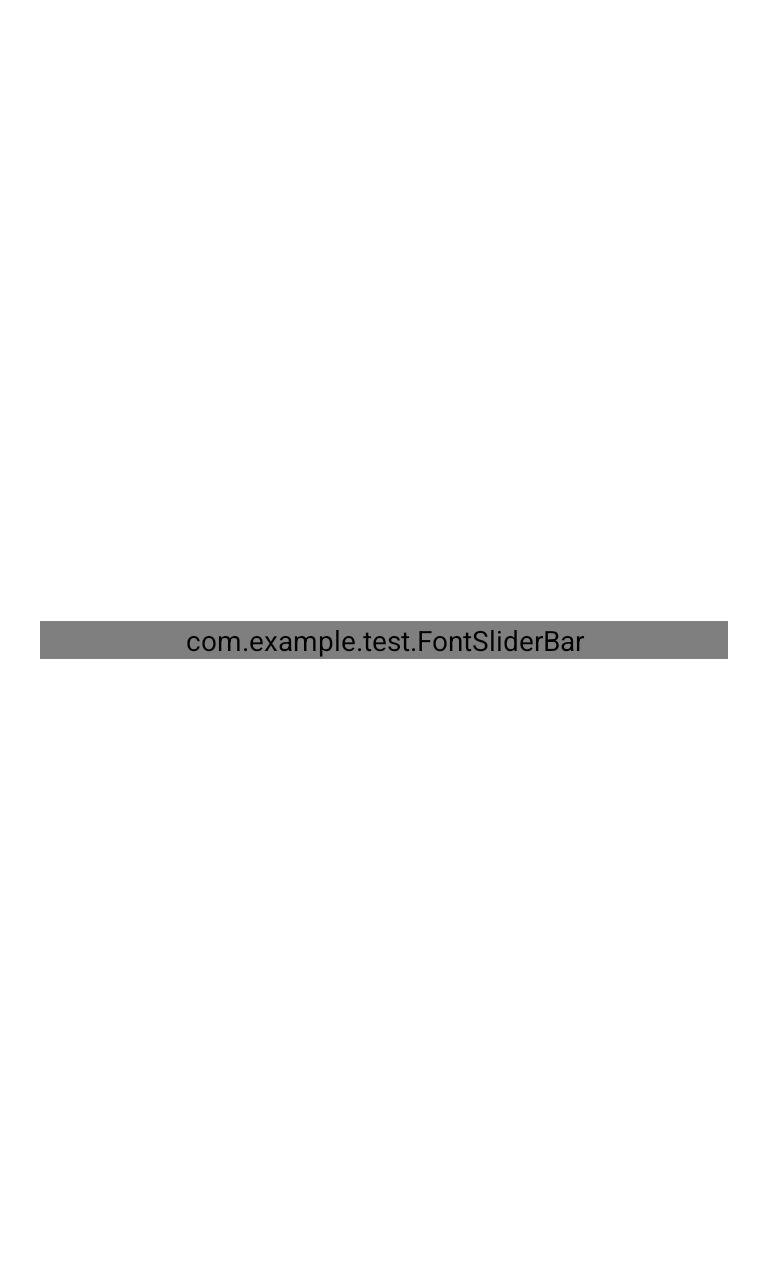
Repository: MichaelChansn/HostAndSlave
Layout: Test/res/layout/activity_main.xml
The author's editor kept a copy of each file at every save. The layout is drawn from the files as they stood at one save, then again after the next save.
Pictures or frames that could not be fetched are drawn as grey boxes. It is drawn on a 768 x 1280 px phone screen (xhdpi) without system bars, with theme AppTheme; the app's code is not run.

Above is the layout before, as saved 2016-08-22 10:08:52.

### Test/res/layout/activity_main.xml
<RelativeLayout xmlns:android="http://schemas.android.com/apk/res/android"
    xmlns:tools="http://schemas.android.com/tools"
    android:layout_width="match_parent"
    android:layout_height="match_parent"
    tools:context="com.example.test.MainActivity" >

     <!-- <com.example.test.FontView
        android:layout_width="wrap_content"
        android:layout_height="wrap_content"
        android:text="@string/hello_world" />  -->

<!-- <com.example.test.MultiCricleView
     android:layout_width="wrap_content"
        android:layout_height="wrap_content"
    /> -->
    <com.example.test.FontSliderBar
        android:id="@+id/sliderbar"
        android:layout_centerVertical="true"
        android:layout_width="match_parent"
        android:layout_marginLeft="20dp"
        android:layout_marginRight="20dp"
        android:paddingLeft="10dp"
        android:paddingRight="10dp"
        android:layout_height="wrap_content"
        />
</RelativeLayout>

Loaded but not shown: Test/res/values/styles.xml (common file); Test/res/values-v11/styles.xml (common file); Test/res/values-v14/styles.xml (common file); Test/res/values/strings.xml (common file)

After the next save:
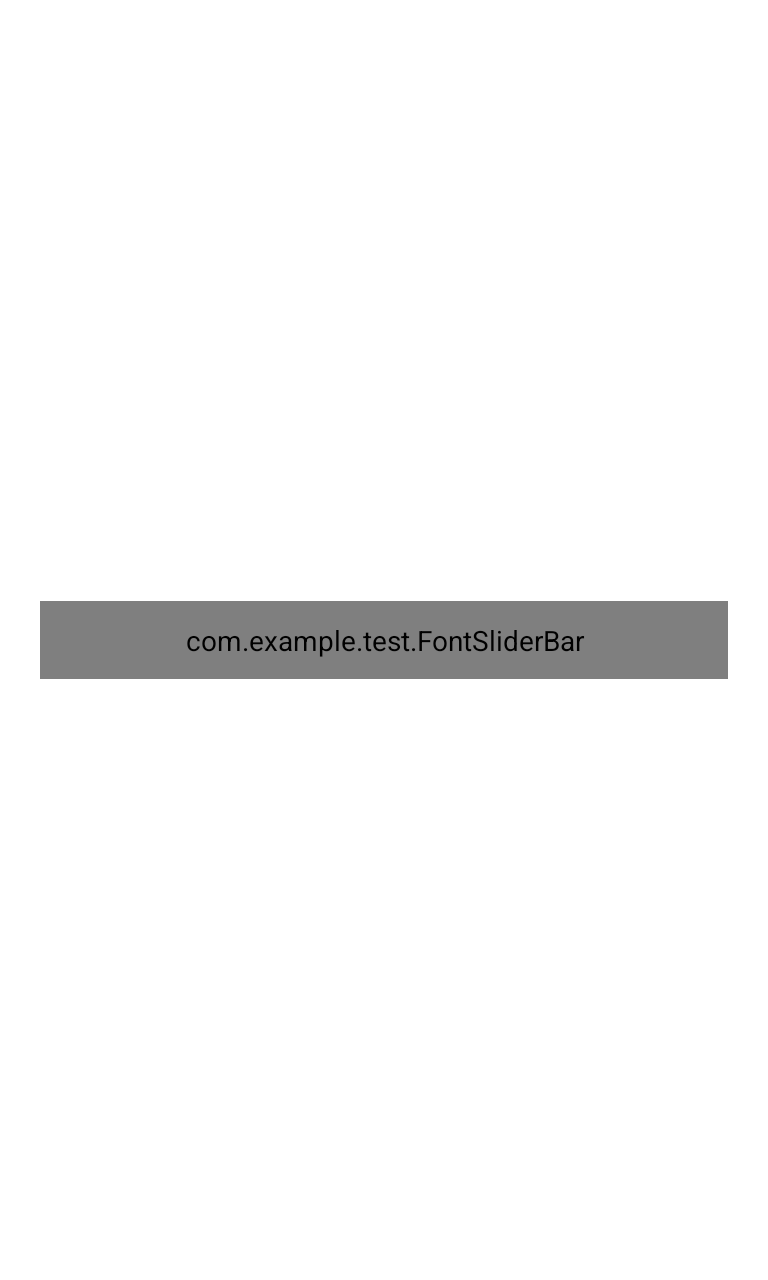
Saved 58 min 50 s later.
--- a/Test/res/layout/activity_main.xml
+++ b/Test/res/layout/activity_main.xml
@@ -21,6 +21,9 @@
         android:layout_marginRight="20dp"
         android:paddingLeft="10dp"
         android:paddingRight="10dp"
+        android:paddingTop="10dp"
+        android:paddingBottom="10dp"
+
         android:layout_height="wrap_content"
         />
 </RelativeLayout>
